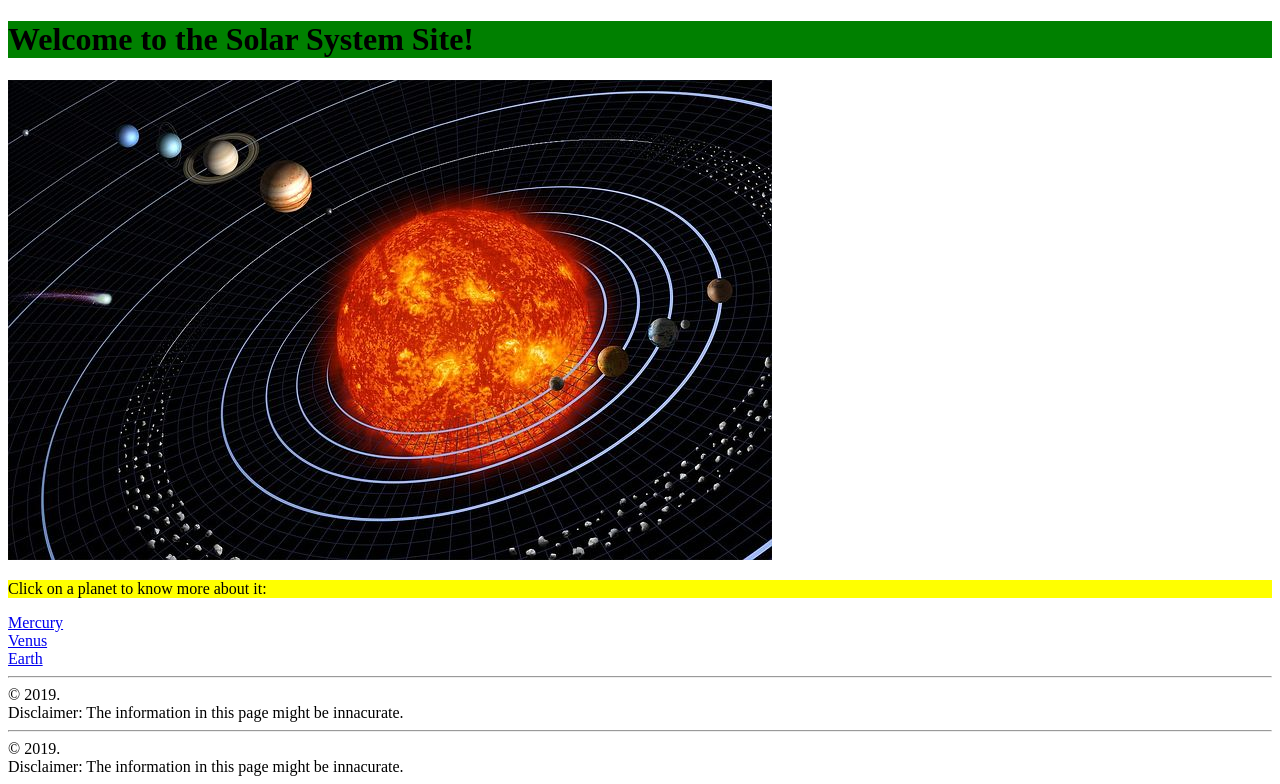
Repository: BenZhang97/BenZhang-CST336-Lab6
Page: http://localhost/
The author's editor kept a record of every edit. The page is drawn from the files as they stood at one moment, then again after the next edit.
The browser window is 1280 px wide. The pictures show the whole page.
The page is served by the project's Node server (app.js).

Above is the page before.

### views/index.html
<%- include('partials/header.ejs') %>

    <h1> Welcome to the Solar System Site!</h1>
    <img src="img/solar-system.jpg" id="solarSystem"alt="The Solar System"/>
       <p>Click on a planet to know more about it:</p>
           <a href="/mercury"> Mercury </a> <br>
           <a href="/venus">   Venus   </a> <br>
           <a href="/earth">   Earth   </a> <br>
       <hr>
       &copy; 2019. <br/>
       Disclaimer: The information in this page might be innacurate.
<%- include('partials/footer.ejs') %>

### views/partials/header.ejs
<!DOCTYPE html>
<html>
    <head>
        <title> The Solar System </title>
        <style>
            h1 {
                background-color: green;
            }

div {
  background-color: lightblue;
}

p {
  background-color: yellow;
}
</style>
    </head>
    <body>

### app.js
const express = require("express");
const app = express();
app.use(express.static('css'));
// app.use(bodyParser.urlencoded({extended: true}));
// app.set('view engine', 'ejs');
app.engine('html', require('ejs').renderFile);
app.use(express.static("public"));

//routes
app.get("/", function(req, res){
    res.render("index.html");
});

app.get("/mercury", function(req, res){
    res.render("mercury.html");
});

app.get("/venus", function(req, res){
    res.send("venus.html");
});

app.get("/earth", function(req, res) {
    res.render("earth.html");
});

/* The handler for undefined routes */
app.get("*", function(req, res){
   res.send("<h2 style='color: red;'> Sorry, Page not found !</h2>");
});

// //server listener
// app.listen(process.env.PORT, process.env.IP, function(){
//     console.log("Running Express Server...");
// });

/* Start the application server */
app.listen(process.env.PORT || process.env.IP, function(){
    console.log("Server has been started");
})

Loaded but not shown: views/partials/footer.ejs (common file)

After the next edit:
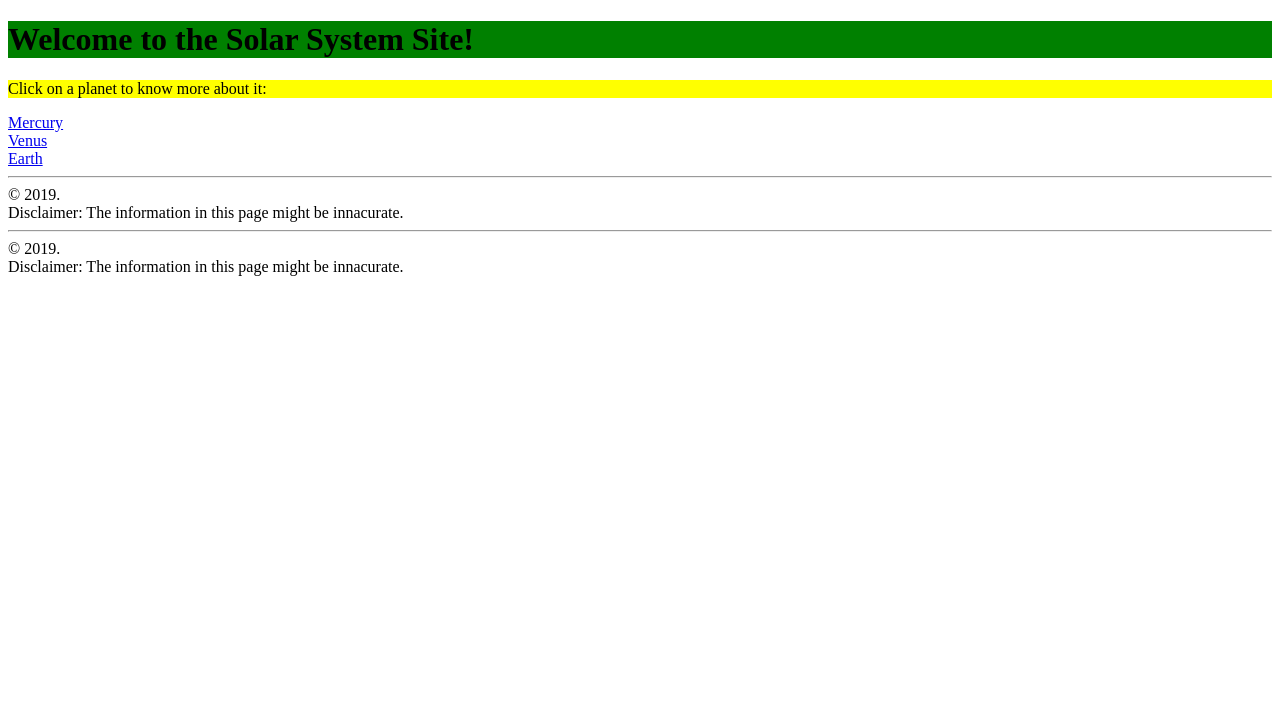
The edit:
--- a/views/index.html
+++ b/views/index.html
@@ -1,7 +1,6 @@
 <%- include('partials/header.ejs') %>
 
     <h1> Welcome to the Solar System Site!</h1>
-    <img src="img/solar-system.jpg" id="solarSystem"alt="The Solar System"/>
        <p>Click on a planet to know more about it:</p>
            <a href="/mercury"> Mercury </a> <br>
            <a href="/venus">   Venus   </a> <br>
